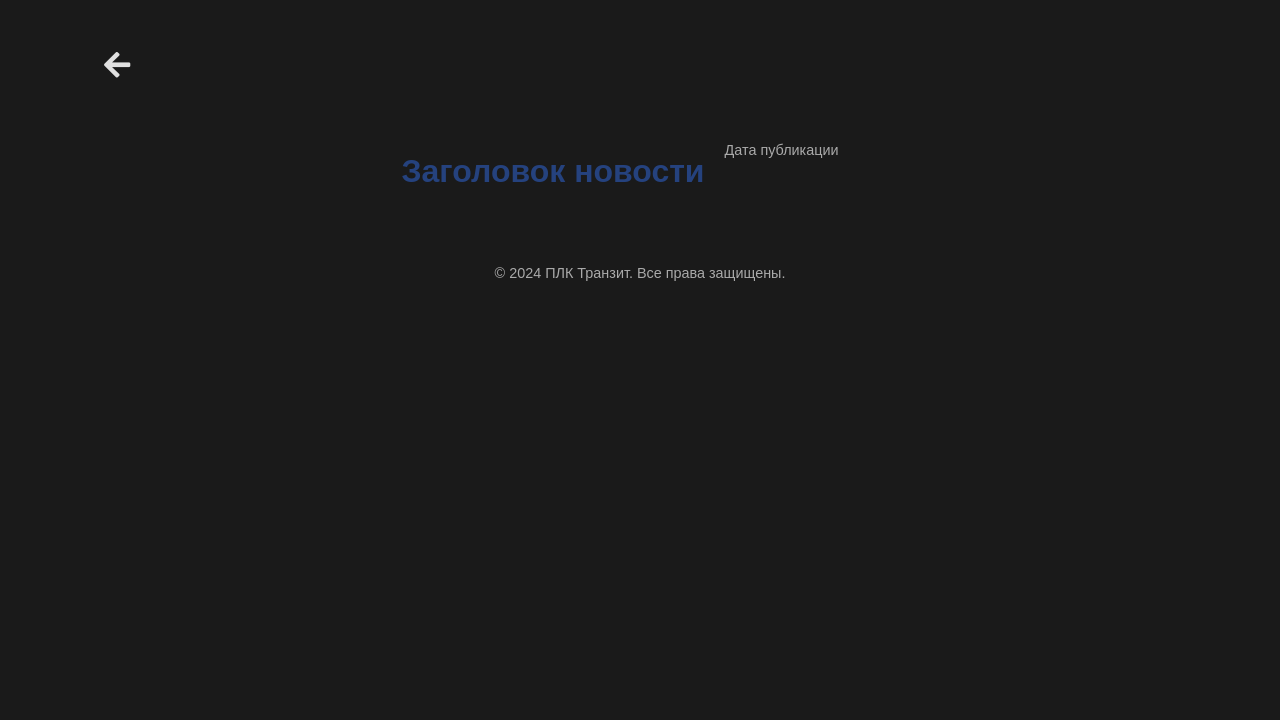
Repository: MaratLK/PLKFrontend
Page: news.html
An editor plug-in stored every save of this project. The page is shown before and after the next save, followed by the edit.
The browser window is 1280 px wide. The pictures show the whole page.

Above is the page before, as saved 2024-09-25 23:19:29.
Console error: TypeError: Cannot set properties of null (setting 'innerHTML')

After the next save:
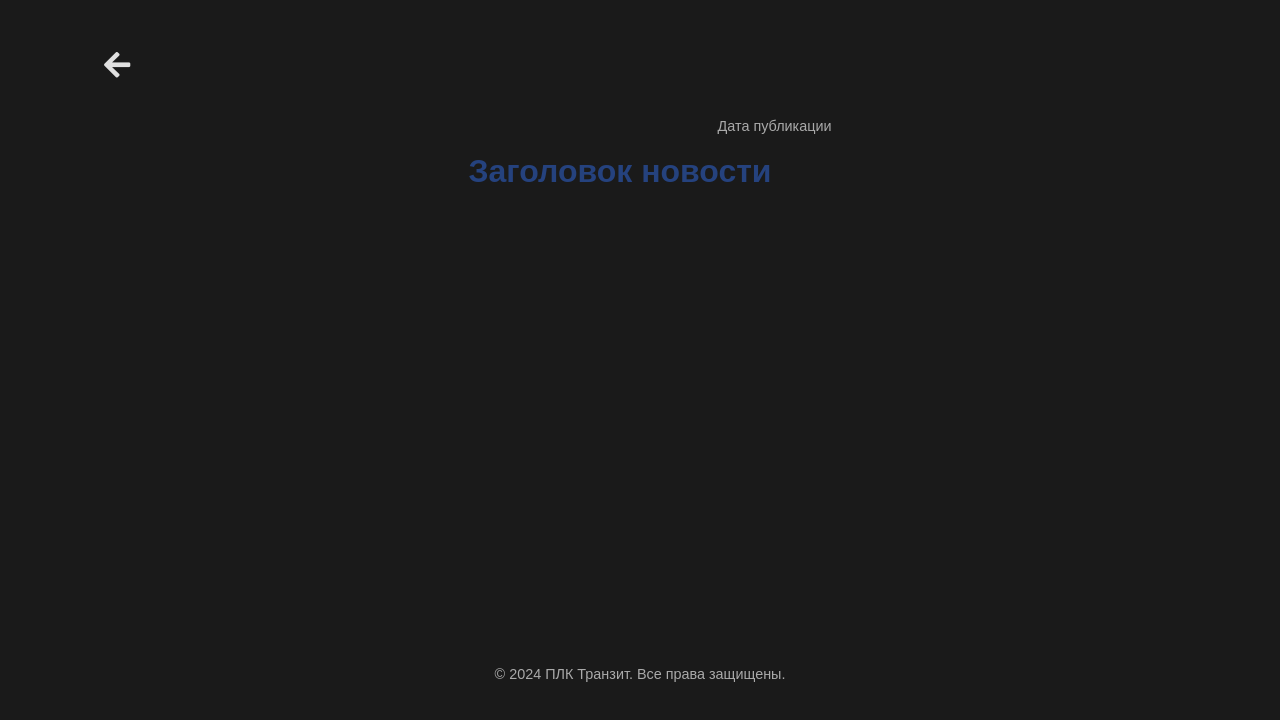
Saved 4 min 7 s later.
--- a/news.html
+++ b/news.html
@@ -14,6 +14,9 @@
             line-height: 1.6;
             margin: 0;
             padding: 0;
+            display: flex;
+            flex-direction: column;
+            min-height: 100vh;
         }
 
         header {
@@ -33,6 +36,8 @@
             max-width: 800px;
             margin: 0 auto;
             padding: 20px;
+            flex-grow: 1;
+            position: relative;
         }
 
         .news-title {
@@ -43,10 +48,12 @@
         }
 
         .news-date {
-            text-align: center;
+            position: absolute;
+            top: 0;
+            right: 0;
             color: #aaaaaa;
-            margin-bottom: 20px;
             font-size: 0.9rem;
+            margin-top: 10px;
         }
 
         .news-content {
@@ -57,6 +64,7 @@
         .news-images img {
             width: 100%;
             height: auto;
+            max-height: 400px; /* Ограничиваем высоту изображения */
             margin-bottom: 20px;
         }
 
@@ -81,6 +89,7 @@
             padding: 20px 0;
             color: #aaaaaa;
             font-size: 0.9rem;
+            margin-top: auto;
         }
     </style>
 </head>
@@ -88,7 +97,6 @@
 
     <header>
         <i class="fas fa-arrow-left back-btn" onclick="goBack()"></i>
-
     </header>
 
     <div class="news-container">
